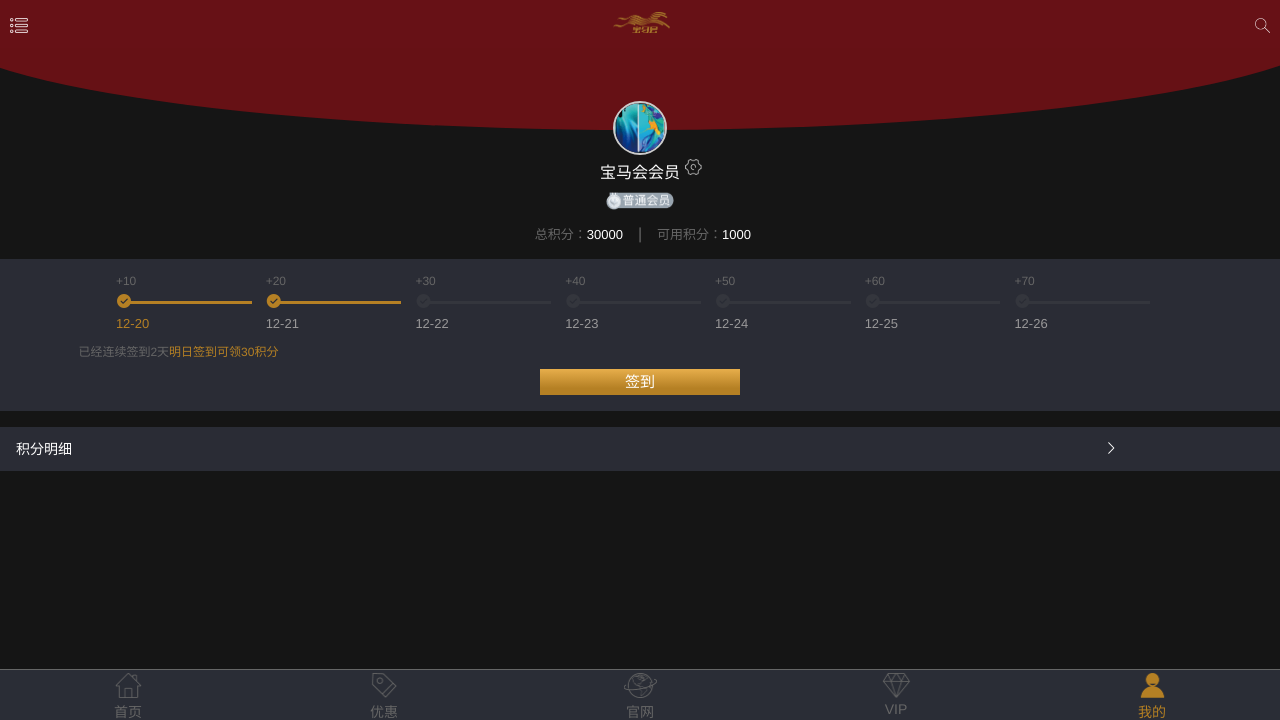
Repository: ada6688/IntegralMall
Page: /Member
These files come from the project's save history. The page is drawn as it stood at one moment and after the next save; the edit follows.
The browser window is 1280 px wide. The pictures show the whole page.
The project was rebuilt for these pictures with package versions that can differ from the ones it lists, and the page was loaded fresh each time. Also part of the build but not shown: src/components/page/notice.vue, src/components/page/shouye.vue, src/components/page/Vip.vue, src/components/page/Youhui.vue, src/router/index.js.

Above is the page before, as saved 2020-01-04 17:16:56.

After the next save:
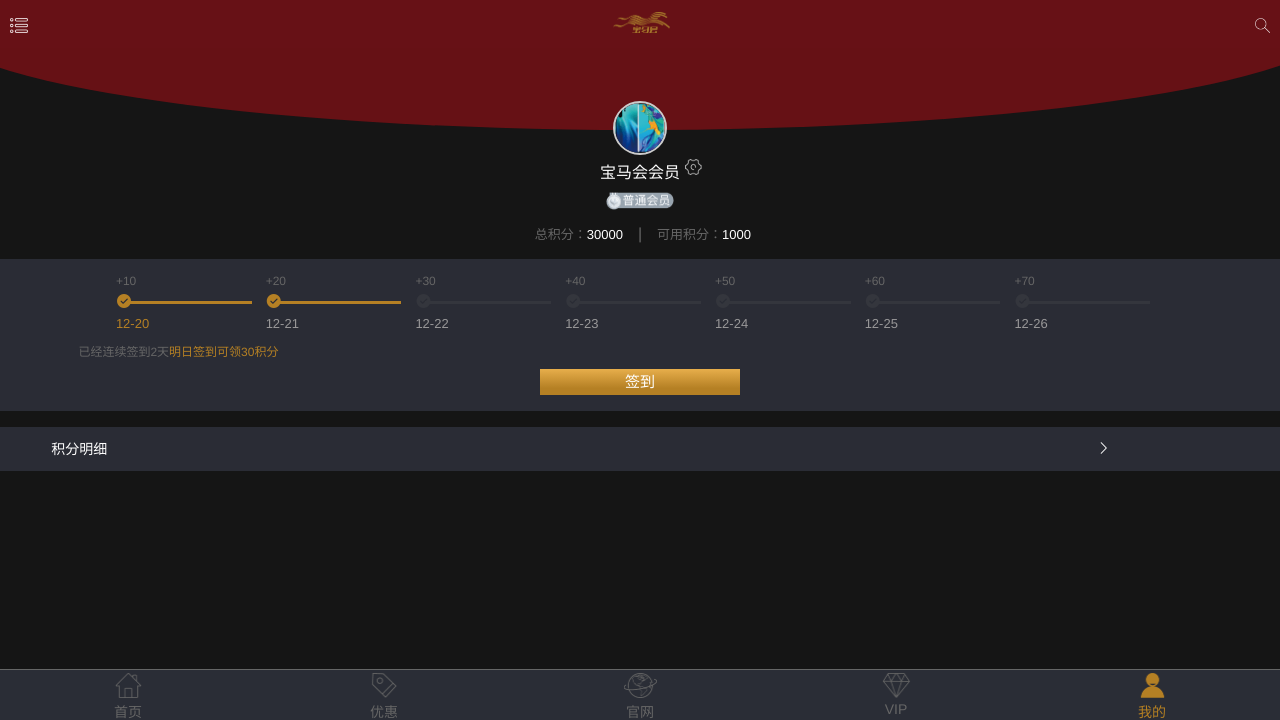
Saved 2 min 22 s later.
--- a/src/assets/css/index.css
+++ b/src/assets/css/index.css
@@ -251,12 +251,12 @@
   margin-top: 10px;
 }
 .member-more-detail{
-  width: 100%;
+  width: 96%;
   height: 44px;
   line-height: 44px;
   color: #ffffff;
   background: #2A2C35;
-  padding: 0 16px;
+  padding: 0 4%;
 }
 .member-jifen-T{
   font-size: 14px;
